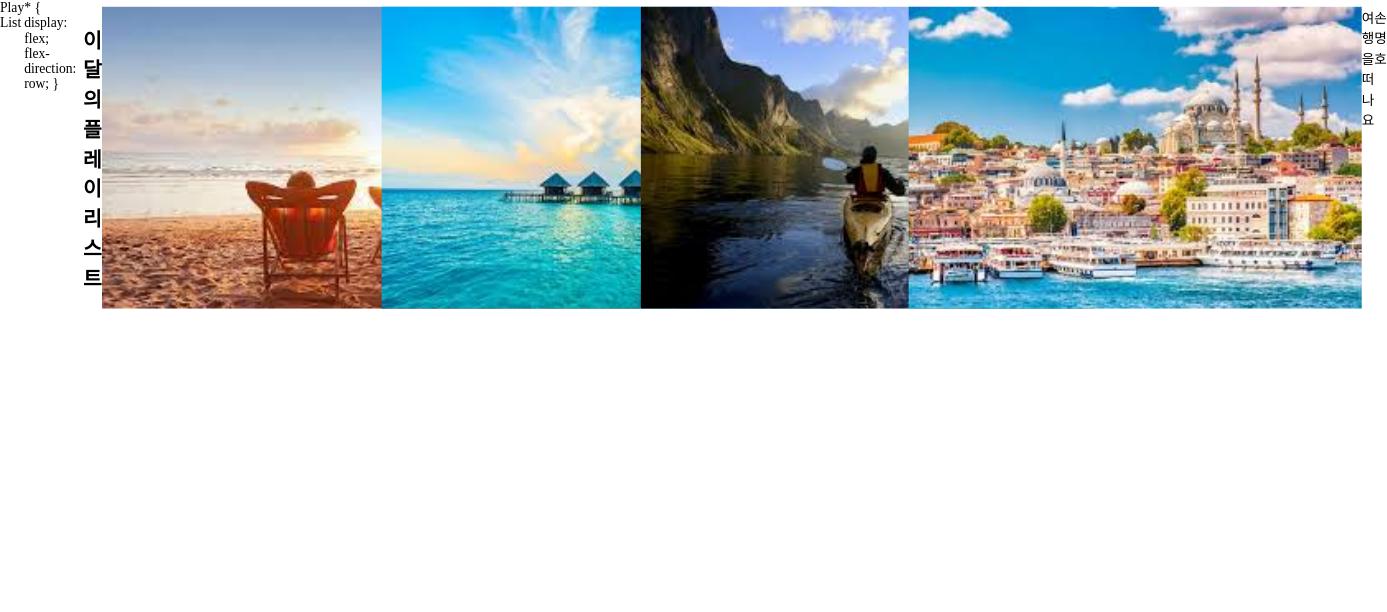
Repository: daeun0220/KB_EDU_JAVA
Page: work03_FrontUI/front03_CSS3/src/main/webapp/css03_flexbox_exam1.html
The author's editor kept a copy of each file at every save. The page is drawn from the files as they stood at one save, then again after the next save.
The browser window is 1280 px wide. The page is 1632 px wide, then 1280 px, so the pictures cover 1632 px, including what lies to the right of the window. The pictures show the whole page, at 85% of full size.

Above is the page before, as saved 2023-08-09 01:35:17.

After the next save:
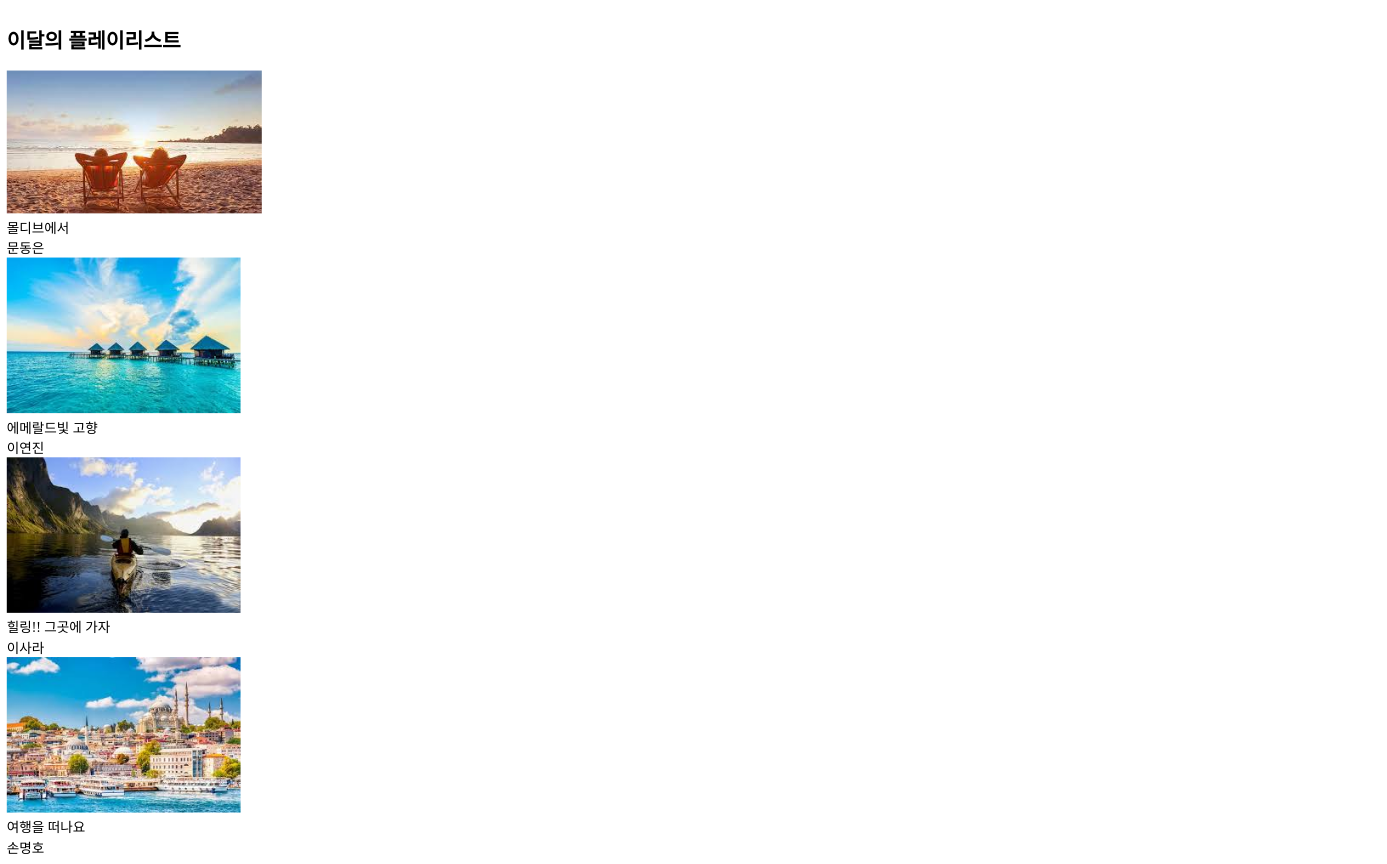
Saved 24 s later.
--- a/work03_FrontUI/front03_CSS3/src/main/webapp/css03_flexbox_exam1.html
+++ b/work03_FrontUI/front03_CSS3/src/main/webapp/css03_flexbox_exam1.html
@@ -4,7 +4,7 @@
   <meta charset="utf-8">
   <title>Play List</title>
   <style type="text/css">
-* {
+body {
 	display: flex;
 	flex-direction: row;
 }
